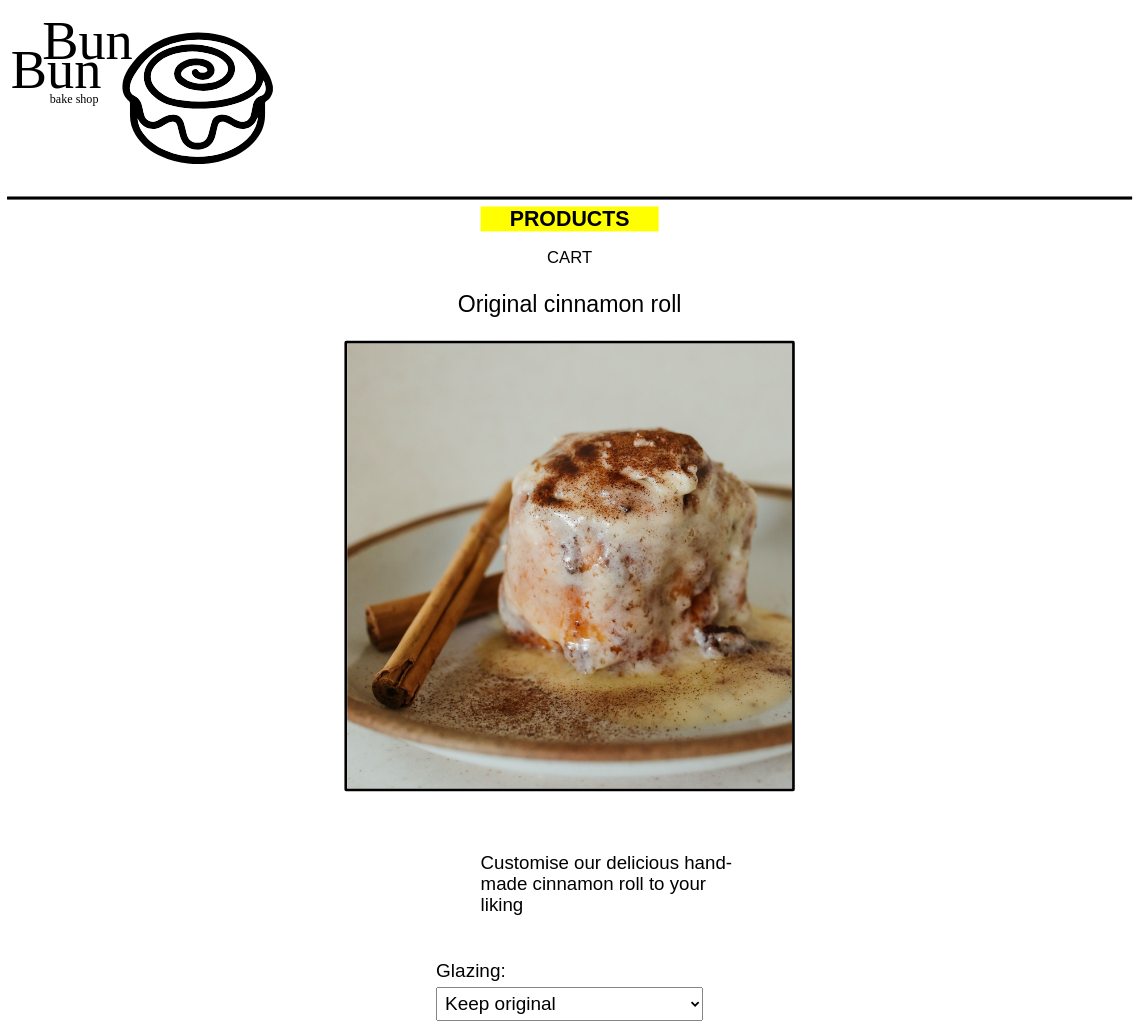
Repository: alicianghm/pui-hw
Page: solution-hw1/HW1-Detail.html
The author's editor kept a copy of each file at every save. The page is drawn from the files as they stood at one save, then again after the next save.
The browser window is 1280 px wide. The pictures show the whole page, at 89% of full size.

Above is the page before, as saved 2022-09-08 09:59:27.

After the next save:
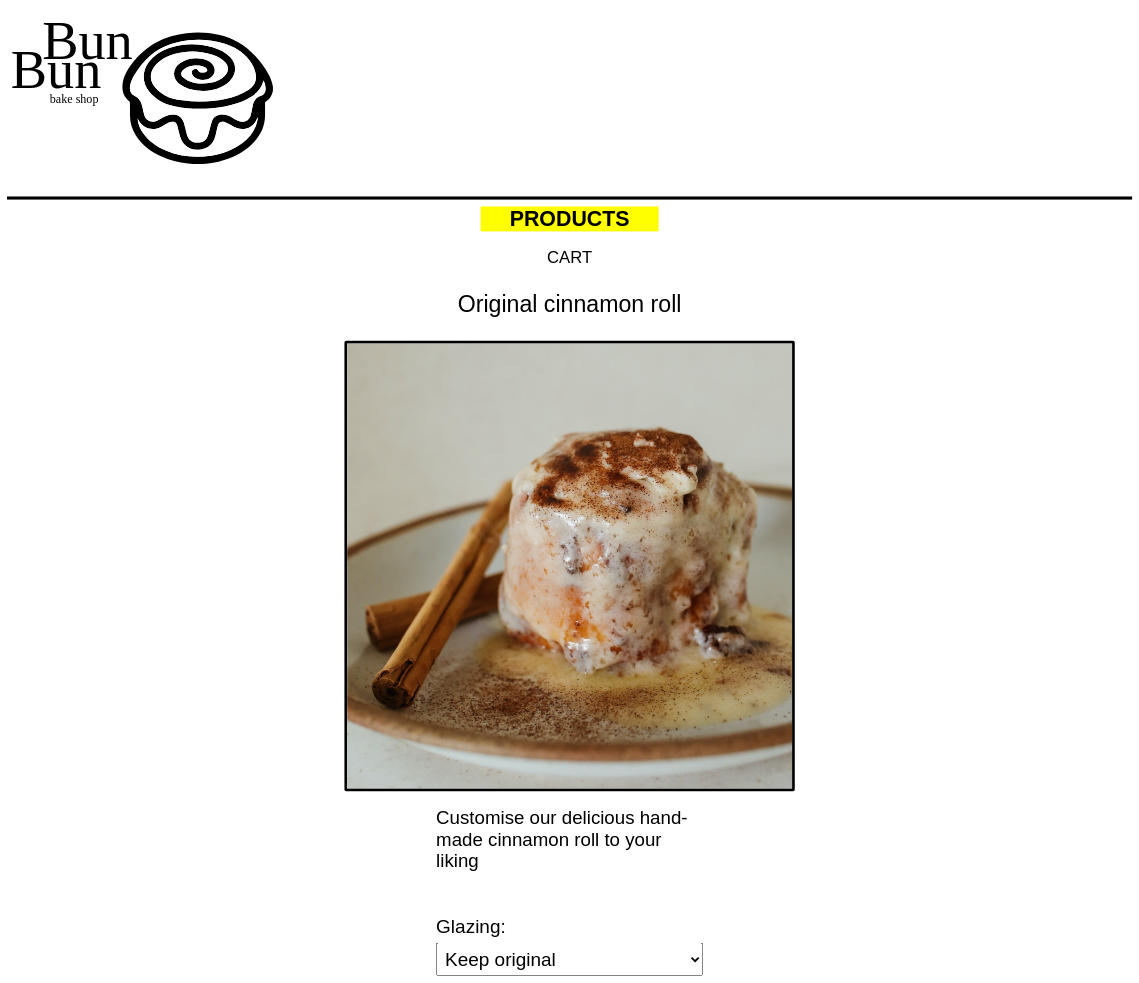
Saved 11 s later.
--- a/solution-hw1/hw1.css
+++ b/solution-hw1/hw1.css
@@ -103,7 +103,7 @@
   margin: 0 auto;
   font-size: 21px;
   text-align: left;
-  padding: 50px;
+  padding-bottom:  50px;
 }
 
 .dropButton{
